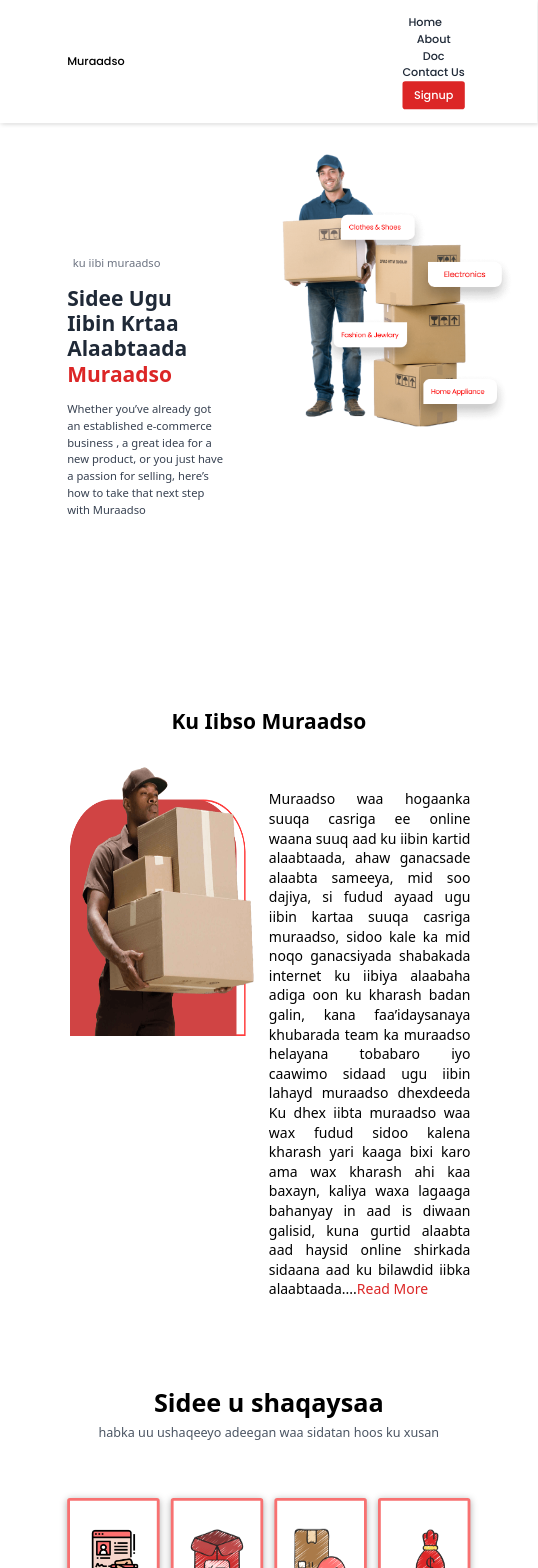
Repository: muraadso/Muraadso-Sellers
Page: /
An editor plug-in stored every save of this project. The page is shown before and after the next save, followed by the edit.
The browser window is 768 px wide. The pictures show the part of the page from y = 0 to 2240 px (the page is 8912 px tall), at 70% of full size.
The project was rebuilt for these pictures with package versions that can differ from the ones it lists, and the page was loaded fresh each time. The framework's server and built-in components were replaced by stand-ins that run in the browser. Also part of the build but not shown: next.config.js.

Above is the page before, as saved 2021-12-12 17:06:01.

### pages/_app.js
import '../styles/globals.css'
 import 'tailwindcss/tailwind.css'
import { Layout } from '../components/Layout'


function MyApp({ Component, pageProps }) {
  return (
    <Layout>
      <Component {...pageProps} />
    </Layout>
  )
}

export default MyApp

### styles/globals.css
@import url('https://fonts.googleapis.com/css2?family=Lato:ital,wght@0,300;0,400;0,700;0,900;1,700&family=Poppins:wght@200;300;400;500;600;700&display=swap');
html,
body {
  padding: 0 ;
  margin: 0;
  overflow-x: hidden !important;
  scroll-behavior: smooth;
}

a {
  color: inherit;
  text-decoration: none;
}

* {
  box-sizing: border-box;
}


.navbar {
  box-shadow: 2px 1px 7px rgba(0, 0, 0, 0.226);
  font-family: 'Poppins', sans-serif  ;
  font-weight: 500;

}
  .logo{
    font-family: 'Lato', sans-serif;
    font-weight: 700;
    color: rgb(233, 59, 59);
    font-size: 20px ;
  }
  .how-card{
    position: relative;
    box-shadow: 0 2px 10px rgba(0, 0, 0, 0.336) ;
  }
  .regimage{
    height: 500px;

  }
  .react-player {
    background-color: white !important;
    padding: 10px;
    box-shadow: 2px 1px 11px rgba(0, 0, 0, 0.226);
    border-radius: 2px;
  }
  .player-wrapper{
    overflow-x: hidden !important;
    /* width: 100% !important; */
  }


  .formcontainer{
    box-shadow: 2px 1px 11px rgba(0, 0, 0, 0.226);

  }

  @media screen and (min-width: 768px) and (max-width: 770px) {

    .navvv{
      background-color: blue !important;
    }

  }



@media screen and  (max-width: 768px){
  .nav{
    padding-top: 40px;
    display: flex;
    flex-direction: column;

  }

  .how-card{
  margin-bottom: 25px;
}

.tablle{
  margin-bottom: 90px;
}
.tablle2{

}
 TableContainer{
   background-color: red;
   display: hidden;
 }
 .regimage{
    max-height: 300px;

  }
  .formcontainer{
    min-width: 110%;
  }

}




@tailwind base;
@tailwind components;
@tailwind utilities

### components/Hero.jsx
const Hero = () => {
    return (
        <div className="md:grid-cols-2 md:grid md:mt-11 hero">
                <div className="md:px-16 md:py-36 py-11 herotxt">
                    <h6 className="px-2 font-medium text-gray-500">ku iibi muraadso</h6>
                    <h1 className="my-5 text-3xl font-bold text-gray-800 capitalize md:font-bold md:text-gray-800 md:capitalize lg:text-6xl">sidee ugu iibin krtaa <br /> alaabtaada <span  className="text-red-600 md:text-red-600">muraadso</span></h1>

                    <p className="text-gray-700 md:text-left">
                         Whether you’ve already got an established e-commerce business , a great idea for a new product, or you just have a passion for selling, here’s how to take that next step with Muraadso </p>
                </div>

                <div className="heroimg">
                    <img className="w-4/4 "  src="/images/heroimage.png" alt="heroimage" />
                </div>
        </div>
    )
}

export default Hero

### components/About.jsx

const About = () => {
    return (
        <div className="mt-32">
            <h1 className="text-3xl font-bold text-center">Ku Iibso Muraadso</h1>
            <div className="gap-0 md:px-16 md:grid-cols-2 md:grid about-content">
                <div className="mt-12 aboutimg">
                  <img src="/images/aboutimage.png" className="md:h-96" alt="about image" />
                </div>
                <div className="md:mt-20 mt-11 about-text">
                    <p className="text-xl text-justify">
                        Muraadso waa hogaanka suuqa casriga ee online waana suuq aad ku iibin kartid alaabtaada, ahaw ganacsade alaabta sameeya, mid soo dajiya, si fudud ayaad ugu iibin kartaa suuqa casriga muraadso, sidoo kale ka mid noqo ganacsiyada shabakada internet ku iibiya alaabaha adiga oon ku kharash badan galin, kana faa’idaysanaya khubarada team ka muraadso helayana tobabaro iyo caawimo sidaad ugu iibin lahayd muraadso dhexdeeda Ku dhex iibta muraadso waa wax fudud sidoo kalena kharash yari kaaga bixi karo ama wax kharash ahi kaa baxayn, kaliya waxa lagaaga bahanyay in aad is diwaan galisid, kuna gurtid alaabta aad haysid online shirkada sidaana aad ku bilawdid iibka alaabtaada....<span className="text-red-600">Read More</span>
                    </p>
                </div>


            </div>
        </div>
    )
}

export default About

### components/Howtoreg.jsx
const Howtoreg = () => {
  return (
    <div className="flex flex-col md:p-16 howtoreg mb-11 md:mb-6 ">
      <div className="grid items-center justify-between md:grid-cols-2 registerdoc">
        <div className="space-y-4 regcontent">
          <h1 className="text-xl font-bold text-gray-900 md:text-4xl">Sidee isku diiwaan gelin kartaa ?</h1>
          <p className="text-lg text-gray-800 ">intaadan iska diiwaan gelin ka hor waxa aad u baahantahay in aad
            soo buuxisid shuruudahan hoos ku xusan .</p>
            <ol className="ml-4 space-y-2 font-medium text-gray-900 list-decimal">
              <li>Business Email</li>
              <li>Passport / National ID Card</li>
              <li>Phone Number / Marchent Account </li>
              <li>Business Government Registration</li>
            </ol>
        </div>
        <div className="flex items-center justify-end regimage">
          <img className="regimage" src="/images/registrationn.png" alt="" />
        </div>

      </div>
      <div className="flex flex-col items-center justify-center space-y-4 md:space-x-24 md:flex-row acceptterms">
        <div className="flex flex-row items-center justify-center check">
        </div>
        <div className="items-center justify-center text-center">
        <button className="items-center justify-center px-24 py-3 text-sm text-white bg-red-600 md:text-center md:text-lg md:px-24 md:py-4 ">Register Now</button>
        </div>
      </div>


    </div>
  )
}

export default Howtoreg

### components/Howtolist.jsx
import ReactPlayer from 'react-player'


const Howtoreg = () => {
  return (
    <div className="flex flex-col space-y-11 md:space-y-24 md:p-16 howtoreg">
      <div className="grid items-center justify-between md:grid-cols-2 registerdoc">
        <div className="space-y-4 regcontent">
          <h1 className="text-xl font-bold text-gray-900 md:text-4xl">Alaabtaada habkan uso diiwaan geli</h1>
          <p className="text-lg text-gray-800 ">kadib marka laguu ogolaado in aad soo diiwaan gelisid alaabtaada
waxaa muhiim ah in aad qaadid talaabooyinkan si alaabta aad
u diiwaan gelisid ay uga soo muuqato Bogga MURAADSO</p>
            <ol className="ml-4 space-y-2 font-medium text-gray-900 list-decimal">
              <li>magaca alaabta oo dhamaystiran</li>
              <li>faahfaahinta alaabta </li>
              <li>xaddiga aad ka haysid alaabta </li>
              <li>qiimaha alaabta </li>
              <li>categoryga ay ka tirsantaha</li>
              <li>brand-ka alaabta ama shirkada smaysay</li>
              <li>4 ama 3 sawir oo quality-goodu sareeyo</li>
              <li>alaabta features-keeda</li>
              <li>alaabta tag-skeeda ama keywordskeda</li>
            </ol>
        </div>
        <div className="flex items-center justify-end regimage">
          <img className="regimage" src="/images/dashboard.png" alt="" />
        </div>

      </div>

      <div className="flex flex-col items-center justify-center space-y-6 watch">
          <h1 className="text-lg font-medium text-center md:font-bold md:text-xl ">Ama Daawo Video-gan Kuu Sharaxaya Habka looso geliyo Product</h1>
         <div className='flex items-center justify-center w-screen p-2 overflow-x-hidden mx-11 player-wrapper'>
        <ReactPlayer
          className=' react-player'
          url='hhttps://www.youtube.com/watch?v=qS5MdsgyWb4&t=5s'
        style={{
            backgroundColor: '#ff0000'
        }}

        />
      </div>
      </div>




    </div>
  )
}

export default Howtoreg

### components/Reg.jsx
import TextField from '@mui/material/TextField';
import Checkbox from '@mui/material/Checkbox';
import FormControlLabel from '@mui/material/FormControlLabel';



const Reg = () => {
    return (
        <div className="container flex flex-col items-center justify-center md:w-screen md:px-11 mb-36 ">
            <h1 className="text-lg font-bold text-center md:text-3xl ">Nagu Soo Biir Macmiil</h1>
            <div className="flex flex-col items-center justify-center py-10 mt-24 bg-white rounded md:w-9/12 md:px-11 space-y-7 formcontainer">
            <h1 className="text-lg font-bold text-center md:text-3xl ">Is Diiwaan Geli</h1>
                <div className="grid w-5/6 grid-cols-1 md:grid-cols-2 gap-x-6 gap-y-7 form">
                  <TextField id="outlined-basic" label="First Name" variant="outlined" />
                  <TextField id="outlined-basic" label="Last Name" variant="outlined" />
                  <TextField id="outlined-basic" label="Magaalada" variant="outlined" />
                  <TextField id="outlined-basic" label="Address" variant="outlined" />
                  <TextField type="number" id="outlined-basic" label="Phone Number" variant="outlined" />
                  <TextField id="outlined-basic" label="Magaca Ganasiga" variant="outlined" />
                  <TextField id="outlined-basic" label="Noca Ganasiga" variant="outlined" />
                </div>

                <div className="flex flex-col items-center justify-center text-center">
                    <FormControlLabel className="mb-2" control={<Checkbox />} label="I accept the privacy and policy" />
                   <button
                    className="items-center justify-center px-24 py-3 text-sm text-white bg-red-600 md:text-center md:text-lg md:px-24 md:py-4 ">
                        Register Now
                    </button>
        </div>
            </div>





        </div>
    )
}

export default Reg

### components/Whyus.jsx
const Whyus = () => {
    return (
        <div className="flex flex-col items-center justify-center mt-32 mb-24 how md:gap-y-4 gap-y-11">
            <div className="flex flex-col items-center justify-center howheader">
            <h2 className="text-4xl font-bold text-center">Nagu Dooro Macmiil</h2>
            <p className="mt-2 text-lg text-center text-gray-600 md:w-1/2">
                Adeegan ay kuu keentay shirkadda MURAADSO waxa uu kaa caawinaya
                in aad ganacsigaaga kor u qaadid gaartidna macaamiil aad u badan
                </p>
            </div>
            <div className="h-full md:p-16 md:gap-4 gap-72 md:grid-cols-4 md:grid howsteps">

                <div className="relative max-h-full p-6 bg-white border-4 border-red-400 rounded how-card ">
                    <div className="flex items-center justify-center my-4 card-icon ">
                        <img className="h-24"  src="./images/audiance.png" alt="register" />

                    </div>
                    <div className="mb-4 text-xl text-center text-gray-800 cardbody">
                        Macmiil iska diiwaan geli adeega, 24h kadib waxad helaysa fariin ah in lagu aqbalay
                    </div>
                    <div className="absolute flex items-center justify-center w-10 h-10 font-bold text-red-500 bg-white border-2 border-red-500 rounded-full md:left-36 -bottom-5 md:left-40 left-36 place-content-center card-number"> <h2>1</h2></div>
                </div>


                <div className="relative max-h-full p-6 bg-white border-4 border-red-400 rounded how-card ">
                    <div className="flex items-center justify-center my-4 card-icon ">
                        <img className="h-24"  src="./images/ad.png" alt="register" />
                    </div>
                    <div className="mb-4 text-xl text-center text-gray-800 cardbody">
                        Macmiil iska diiwaan geli adeega, 24h kadib waxad helaysa fariin ah in lagu aqbalay
                    </div>
                    <div className="absolute flex items-center justify-center w-10 h-10 font-bold text-red-500 bg-white border-2 border-red-500 rounded-full md:left-36 -bottom-5 md:left-40 left-36 place-content-center card-number"> <h2>2</h2></div>
                </div>




                <div className="relative max-h-full p-6 bg-white border-4 border-red-400 rounded how-card ">
                    <div className="flex items-center justify-center my-4 card-icon ">
                        <img className="h-24"  src="./images/verified.png" alt="register" />

                    </div>
                    <div className="mb-4 text-xl text-center text-gray-800 cardbody">
                        Macmiil iska diiwaan geli adeega, 24h kadib waxad helaysa fariin ah in lagu aqbalay
                    </div>
                    <div className="absolute flex items-center justify-center w-10 h-10 font-bold text-red-500 bg-white border-2 border-red-500 rounded-full md:left-36 -bottom-5 md:left-40 left-36 place-content-center card-number"> <h2>3</h2></div>
                </div>


                <div className="relative max-h-full p-6 bg-white border-4 border-red-400 rounded how-card ">
                    <div className="flex items-center justify-center my-4 card-icon ">
                        <img className="h-24"  src="./images/money.png" alt="register" />

                    </div>
                    <div className="mb-4 text-xl text-center text-gray-800 cardbody">
                        Macmiil iska diiwaan geli adeega, 24h kadib waxad helaysa fariin ah in lagu aqbalay
                    </div>
                    <div className="absolute flex items-center justify-center w-10 h-10 font-bold text-red-500 bg-white border-2 border-red-500 rounded-full md:left-36 -bottom-5 md:left-40 left-36 place-content-center card-number"> <h2>4</h2></div>
                </div>

            </div>
            <p className="text-center text-gray-800">Wixii faahfaahin ah waxaad kala xiriiri kartaa lambaradan hoos kuugu xusan</p>
            <a className="font-medium text-red-600" href="#">+252 63 3333471</a>

        </div>
    )
}


export default Whyus;

### components/How.jsx
export const How = () => {
    return (
        <div className="flex flex-col items-center justify-center mt-32 mb-24 how md:gap-y-4 gap-y-11">
            <div className="howheader">
            <h2 className="text-4xl font-bold text-center">Sidee u shaqaysaa</h2>
            <p className="mt-2 text-lg text-center text-gray-600">habka uu ushaqeeyo adeegan waa sidatan hoos ku xusan</p>
            </div>
            <div className="h-full md:p-16 md:gap-4 gap-72 md:grid-cols-4 md:grid howsteps">

                <div className="relative max-h-full p-6 bg-white border-4 border-red-400 rounded how-card ">
                    <div className="flex items-center justify-center my-4 card-icon ">
                        <img  src="./icons/register.png" alt="register" />

                    </div>
                    <div className="mb-4 text-xl text-center text-gray-800 cardbody">
                        Macmiil iska diiwaan geli adeega, 24h kadib waxad helaysa fariin ah in lagu aqbalay
                    </div>
                    <div className="absolute flex items-center justify-center w-10 h-10 font-bold text-red-500 bg-white border-2 border-red-500 rounded-full -bottom-5 md:left-40 left-36 place-content-center card-number"> <h2>1</h2></div>
                </div>


                <div className="relative max-h-full p-6 bg-white border-4 border-red-400 rounded how-card ">
                    <div className="flex items-center justify-center my-4 card-icon ">
                        <img className="h-24"  src="./icons/features.png" alt="register" />
                    </div>
                    <div className="mb-4 text-xl text-center text-gray-800 cardbody">
                        Macmiil iska diiwaan geli adeega, 24h kadib waxad helaysa fariin ah in lagu aqbalay
                    </div>
                    <div className="absolute flex items-center justify-center w-10 h-10 font-bold text-red-500 bg-white border-2 border-red-500 rounded-full -bottom-5 md:left-40 left-36 place-content-center card-number"> <h2>2</h2></div>
                </div>




                <div className="relative max-h-full p-6 bg-white border-4 border-red-400 rounded how-card ">
                    <div className="flex items-center justify-center my-4 card-icon ">
                        <img className="h-24"  src="./icons/verified.png" alt="register" />

                    </div>
                    <div className="mb-4 text-xl text-center text-gray-800 cardbody">
                        Macmiil iska diiwaan geli adeega, 24h kadib waxad helaysa fariin ah in lagu aqbalay
                    </div>
                    <div className="absolute flex items-center justify-center w-10 h-10 font-bold text-red-500 bg-white border-2 border-red-500 rounded-full -bottom-5 md:left-40 left-36 place-content-center card-number"> <h2>3</h2></div>
                </div>


                <div className="relative max-h-full p-6 bg-white border-4 border-red-400 rounded how-card ">
                    <div className="flex items-center justify-center my-4 card-icon ">
                        <img className="h-24"  src="./icons/givemoney.png" alt="register" />

                    </div>
                    <div className="mb-4 text-xl text-center text-gray-800 cardbody">
                        Macmiil iska diiwaan geli adeega, 24h kadib waxad helaysa fariin ah in lagu aqbalay
                    </div>
                    <div className="absolute flex items-center justify-center w-10 h-10 font-bold text-red-500 bg-white border-2 border-red-500 rounded-full -bottom-5 md:left-40 left-36 place-content-center card-number"> <h2>4</h2></div>
                </div>

            </div>
            <p className="text-center text-gray-800">Wixii faahfaahin ah waxaad kala xiriiri kartaa lambaradan hoos kuugu xusan</p>
            <a className="font-medium text-red-600" href="#">+252 63 3333471</a>

        </div>
    )
}

export default How

### components/Navbar.jsx
import React, { useState } from "react";
import { HiOutlineMenuAlt2, HiOutlineMenuAlt3 } from "react-icons/hi";



export default function Navbar() {
  const [showNav, setShowNav] = useState(false);

  return (
    <nav className="sticky top-0 z-20 items-center justify-between bg-white px-14 md:px-24 md:py-3 navbar md:flex navv">
      <div className="flex items-center justify-between">
        <a href="#">
          <h2>Muraadso</h2>
        </a>


        {showNav ? (
          <HiOutlineMenuAlt3
            onClick={() => setShowNav(!showNav)}
            className="block w-10 h-10 p-2 cursor-pointer md:hidden" />

        ) : (
          <HiOutlineMenuAlt2
            onClick={() => setShowNav(!showNav)}
            className="block w-10 h-10 p-2 cursor-pointer md:hidden"
          />
        )}
      </div>

      <ul
        className={
          (showNav ? "left-0" : "-left-full") +
          " md:static fixed bottom-0 md:ml-24 top-14 md:flex md:space-x-6 items-center md:bg-transparent bg-gray-700 rounded md:rounded-none md:bg-white bg-opacity-90 md:w-auto w-10/12 md:text-gray-800 text-white  md:space-y-0 space-y-5 p-2 transition-left nav"
        }
      >
        <a href="#"> Home</a>
        <a href="#"> About</a>
        <a href="#"> Doc</a>
        <a href="#"> Contact Us</a>
      <a className="px-4 py-2 text-white bg-red-600 rounded" href="">Signup</a>
      </ul>
    </nav>
  );
}

























// const Navbar = () => {
//     return (
//         <div>
//      <div className="sticky top-0 z-20 items-center justify-between bg-white md:flex navbar">
//          <a className="logo" href="#">Muraadso</a>
//          <nav className="fixed bottom-0 items-center w-10/12 p-2 space-y-5 text-white bg-gray-500 md:static top-12 md:flex md:space-x-7 md:bg-transparent bg-opacity-90 md:w-auto md:text-gray-500 md:space-y-0 transition-left nav">
//              <a className="hover:text-red-600" href="">Home</a>
//              <a className="hover:text-red-600" href="">About</a>
//              <a className="hover:text-red-600" href="">Doc</a>
//              <a className="hover:text-red-600" href="">Contact Us</a>
//          </nav>
//          <a href="#" className="px-4 py-2 text-white bg-red-600 rounded hover:bg-red-700 signup ">Signup</a>
//      </div>

//         </div>
//     )
// }

// export default Navbar

### components/Footer.jsx
import FacebookIcon from '@mui/icons-material/Facebook';
import InstagramIcon from '@mui/icons-material/Instagram';
import YouTubeIcon from '@mui/icons-material/YouTube';
import Divider from '@mui/material/Divider';
import CopyrightIcon from '@mui/icons-material/Copyright';





const Footer = () => {
    return (
        <div className="px-2 py-8 border md:px-24 md:py-16 bg-gray-50 space-y-7">
            <div className="flex flex-col items-center justify-between space-y-4 md:flex-row upper md-space-y-0">

            <div className="flex items-center space-x-5 md:space-x-7 justify-items-start footercontent">
                <a href="#">About Us</a>
                <a href="#">How it Works</a>
                <a href="#">Nagu Dooro</a>
                <a href="#">Register</a>

            </div>

            <div className="footericons space-x-7">
                <FacebookIcon sx={{ fontSize: 30, color: "#ff5e5b" }} />
                <InstagramIcon sx={{ fontSize: 30, color: "#ff5e5b" }} />
                <YouTubeIcon sx={{ fontSize: 30, color: "#ff5e5b" }} />
            </div>

            </div>
            <Divider className="text-red-600">Muraadso.com</Divider>

            <div className="flex flex-col items-center justify-between space-y-3 md:space-y-0 md:flex-row bottom">
                <a href="#"> <CopyrightIcon className="items-center" sx={{fontSize: 15}} /> 2021 Muraadso.All rights reserved. </a>
                <div className="space-x-8 term">
                <a href="#">Privacy Policy</a>
                <a href="#">Terms Of Service</a>
                </div>


            </div>

        </div>
    )
}

export default Footer

Loaded but not shown: styles/Home.module.css (common file); pages/index.js (32 lines, source omitted); tailwind.config.js (18 lines, source omitted); components/Layout.js (15 lines, source omitted); components/Whatsell.jsx (138 lines, source omitted)

After the next save:
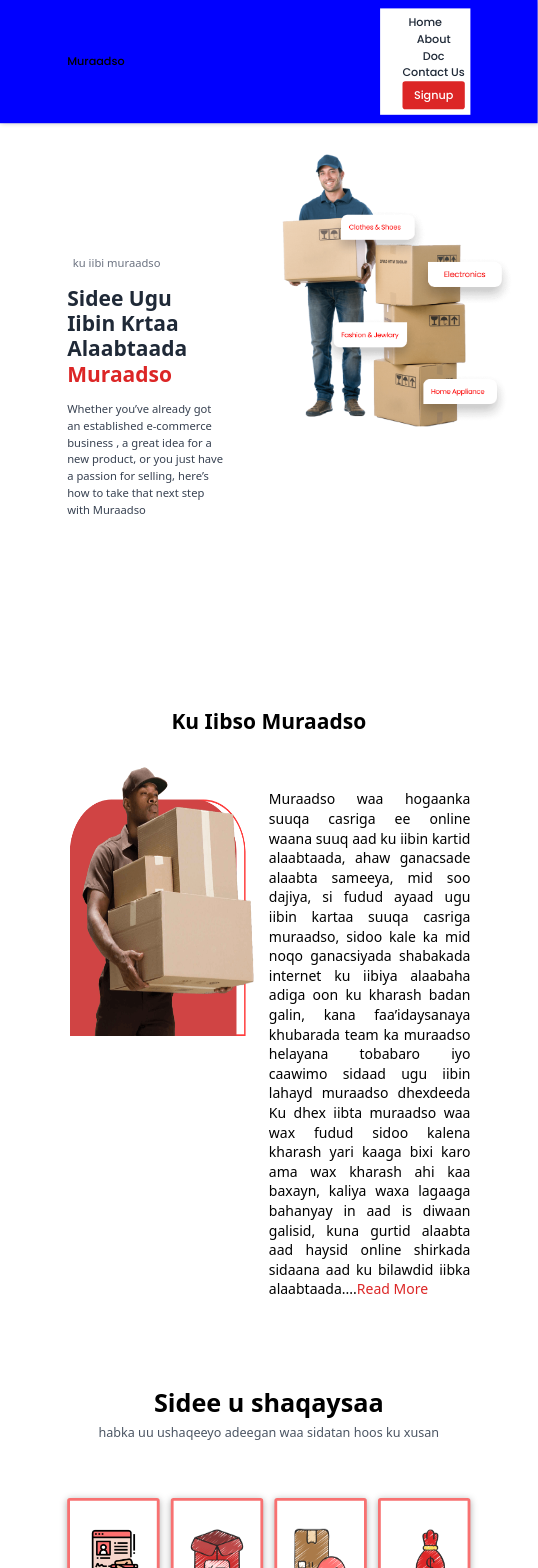
Saved 8 s later.
--- a/styles/globals.css
+++ b/styles/globals.css
@@ -56,8 +56,9 @@ a {
 
   @media screen and (min-width: 768px) and (max-width: 770px) {
 
-    .navvv{
+    .navv{
       background-color: blue !important;
+
     }
 
   }
